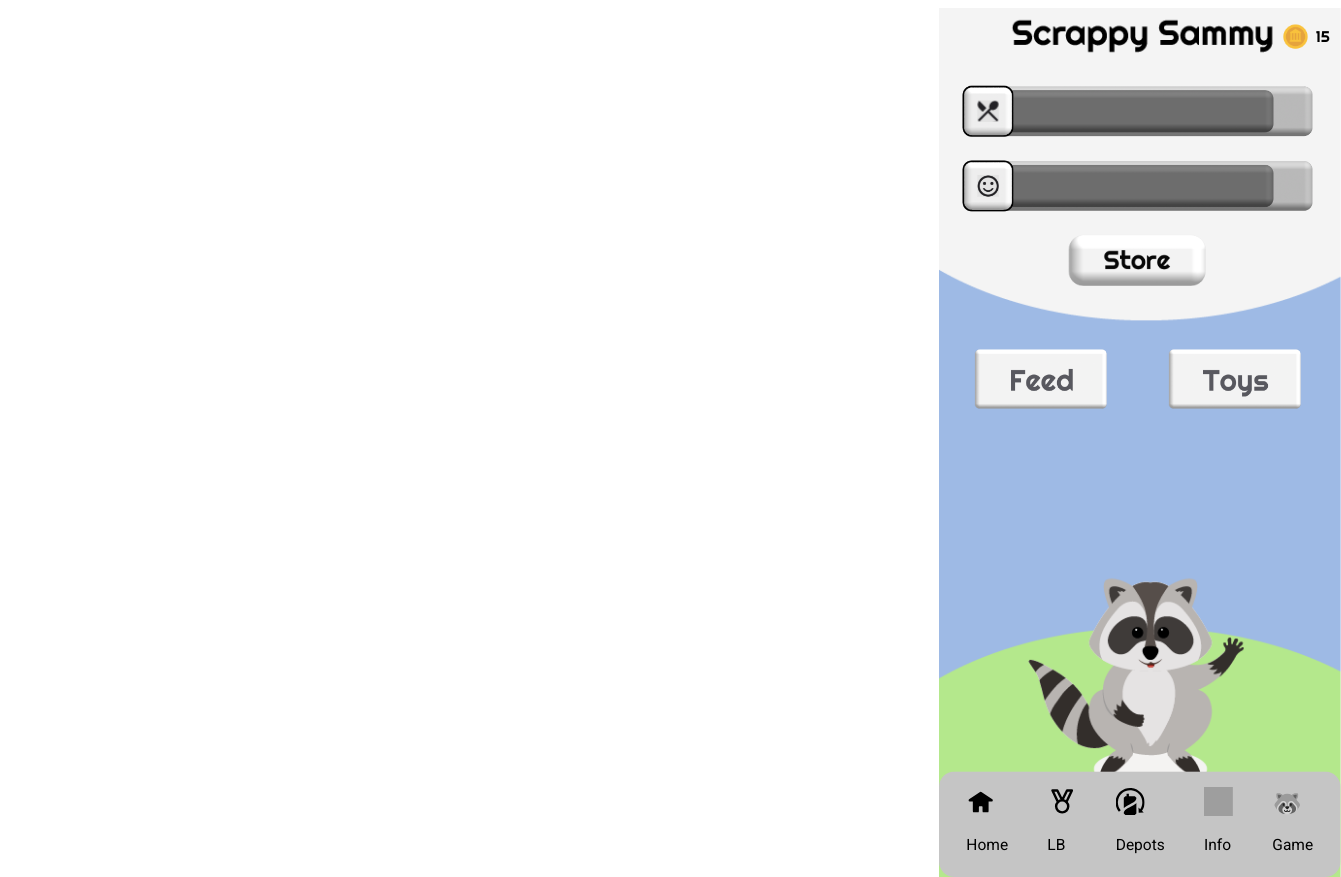
Repository: alemunden/Trash-Scavengers
Page: /Scrappy
The author's editor kept a copy of each file at every save. The page is drawn from the files as they stood at one save, then again after the next save.
The browser window is 1280 px wide. The page is 1382 px wide, so the pictures cover 1382 px, including what lies to the right of the window. The pictures show the whole page, at 97% of full size.
Pictures or frames that could not be fetched are drawn as grey boxes. An inner scrolling area shows only its first screen. The project was rebuilt for these pictures with package versions that can differ from the ones it lists, and the page was loaded fresh each time. The framework's server and built-in components were replaced by stand-ins that run in the browser. Also part of the build but not shown: next.config.mjs.

Above is the page before, as saved 2024-05-05 14:43:12.

After the next save:
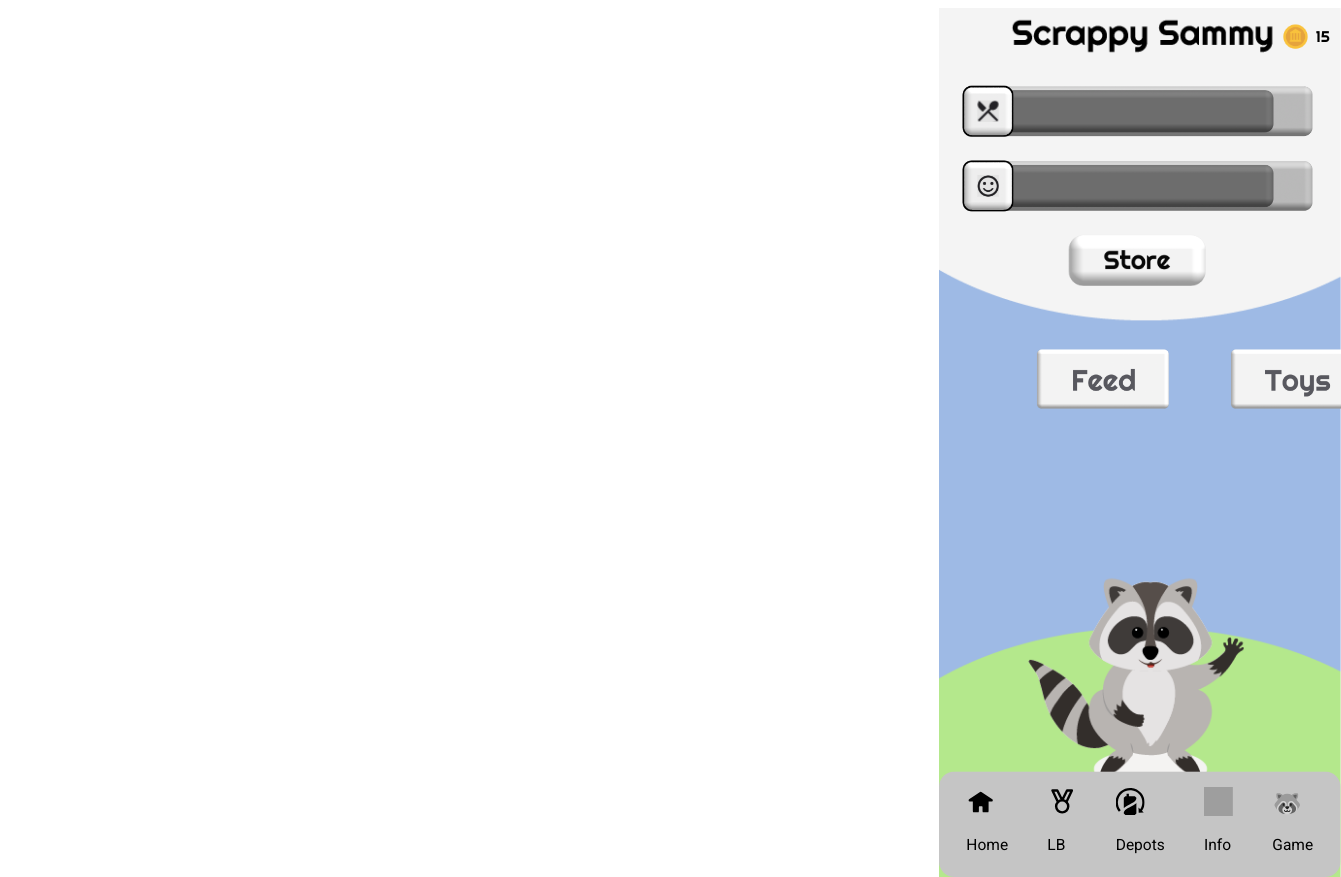
Saved 62 s later.
--- a/pages/Scrappy.js
+++ b/pages/Scrappy.js
@@ -28,6 +28,9 @@ export default function Scrappy() {
                     </Link>
                 </div>
                 <div className={styles.buttons}>
+                    <Link href={'/Feed'}>
+
+                    </Link>
                     <Image src={'/feedbutton.png'} width={136.35} height={60.75}/>
                     <Image src={'/toysbutton.png'} width={136.35} height={60.75}/>
                 </div>

After the save that followed:
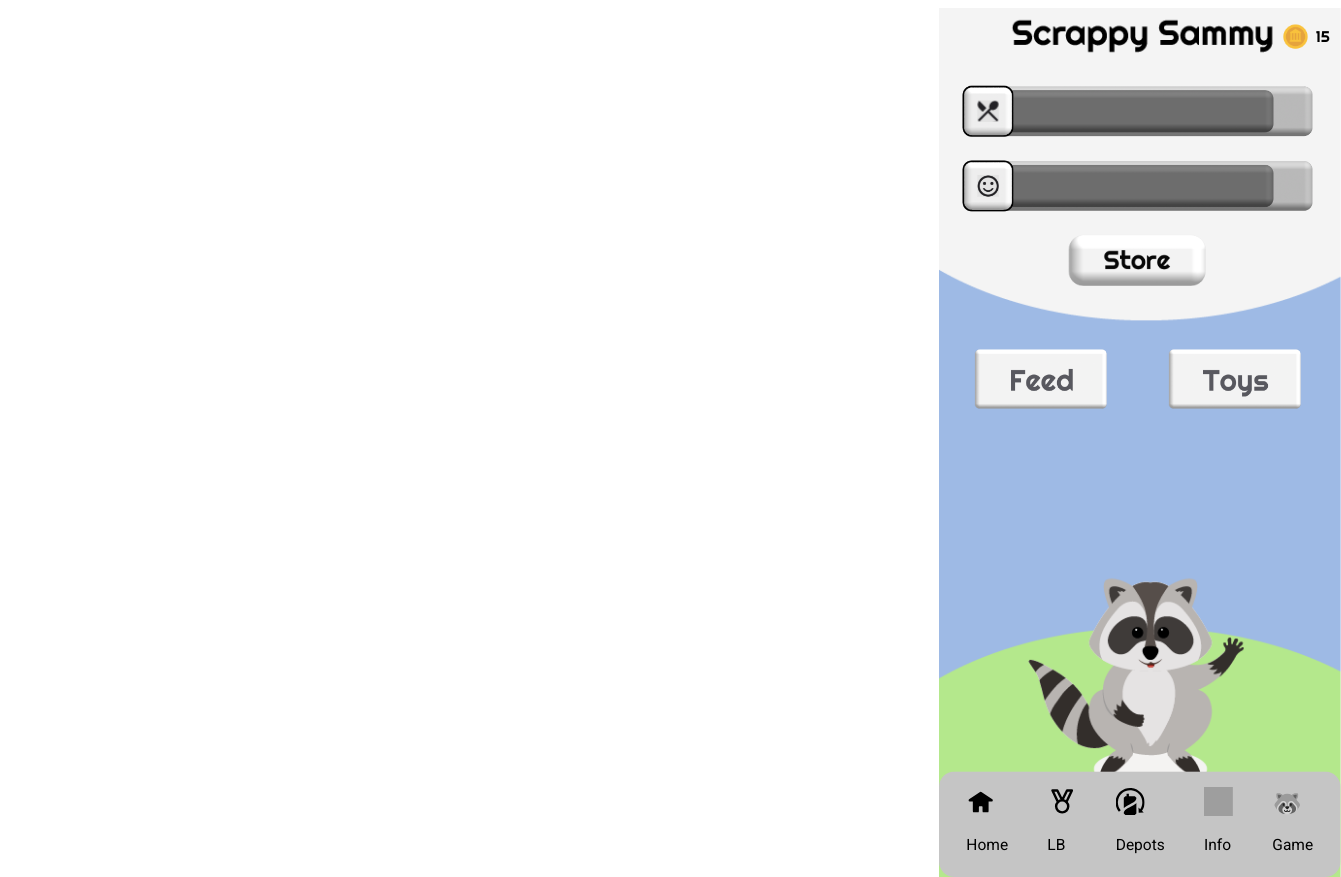
Saved 10 s later.
--- a/pages/Scrappy.js
+++ b/pages/Scrappy.js
@@ -29,9 +29,8 @@ export default function Scrappy() {
                 </div>
                 <div className={styles.buttons}>
                     <Link href={'/Feed'}>
-
+                        <Image src={'/feedbutton.png'} width={136.35} height={60.75}/>
                     </Link>
-                    <Image src={'/feedbutton.png'} width={136.35} height={60.75}/>
                     <Image src={'/toysbutton.png'} width={136.35} height={60.75}/>
                 </div>
                 <Image src={'/scrappybackground.png'} width={414} height={896}/>
